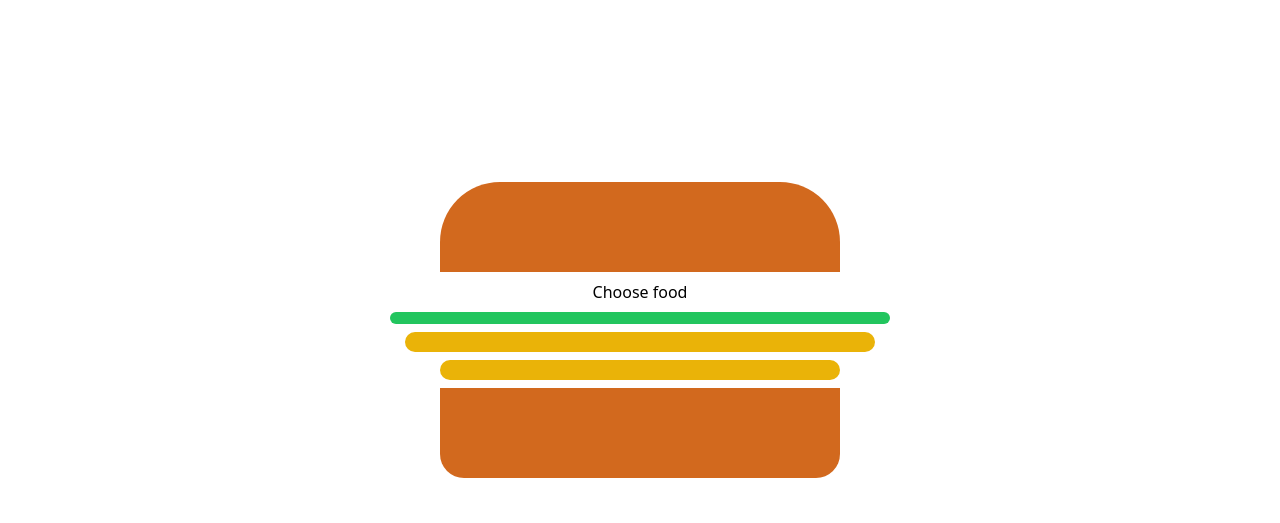
Repository: baobaodeveloper/bootcamp21_HuynhAnhBao_Burger
Page: /
An editor plug-in stored every save of this project. The page is shown before and after the next save, followed by the edit.
The browser window is 1280 px wide. The pictures show the whole page.
The project was rebuilt for these pictures with package versions that can differ from the ones it lists, and the page was loaded fresh each time. Also part of the build but not shown: vite.config.js.

Above is the page before, as saved 2022-05-15 16:47:08.

After the next save:
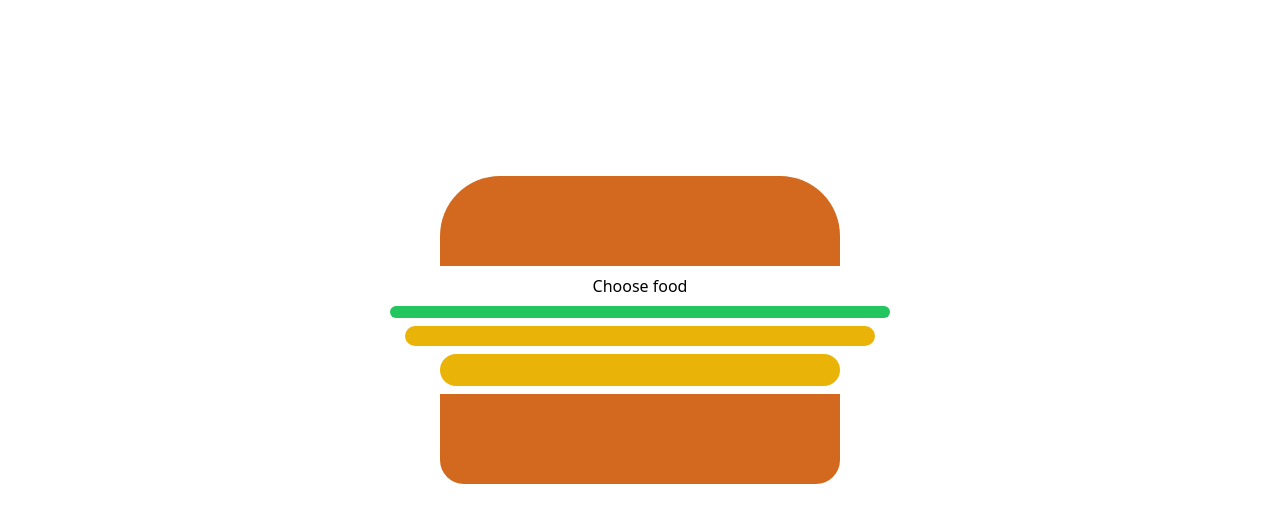
Saved 11 s later.
--- a/src/components/Burger.jsx
+++ b/src/components/Burger.jsx
@@ -12,7 +12,7 @@ export default function Burger() {
           {/* loop here */}
           <div className="h-3 bg-green-500 w-[500px] rounded-full"></div>
           <div className="h-5 bg-yellow-500 w-[470px] rounded-full"></div>
-          <div className="h-5 bg-yellow-500 w-[400px] rounded-full"></div>
+          <div className="h-8 bg-yellow-500 w-[400px] rounded-full"></div>
 
           <div className="w-full bg-[#D2691E] h-[90px] rounded-br-3xl rounded-bl-3xl"></div>
         </div>
